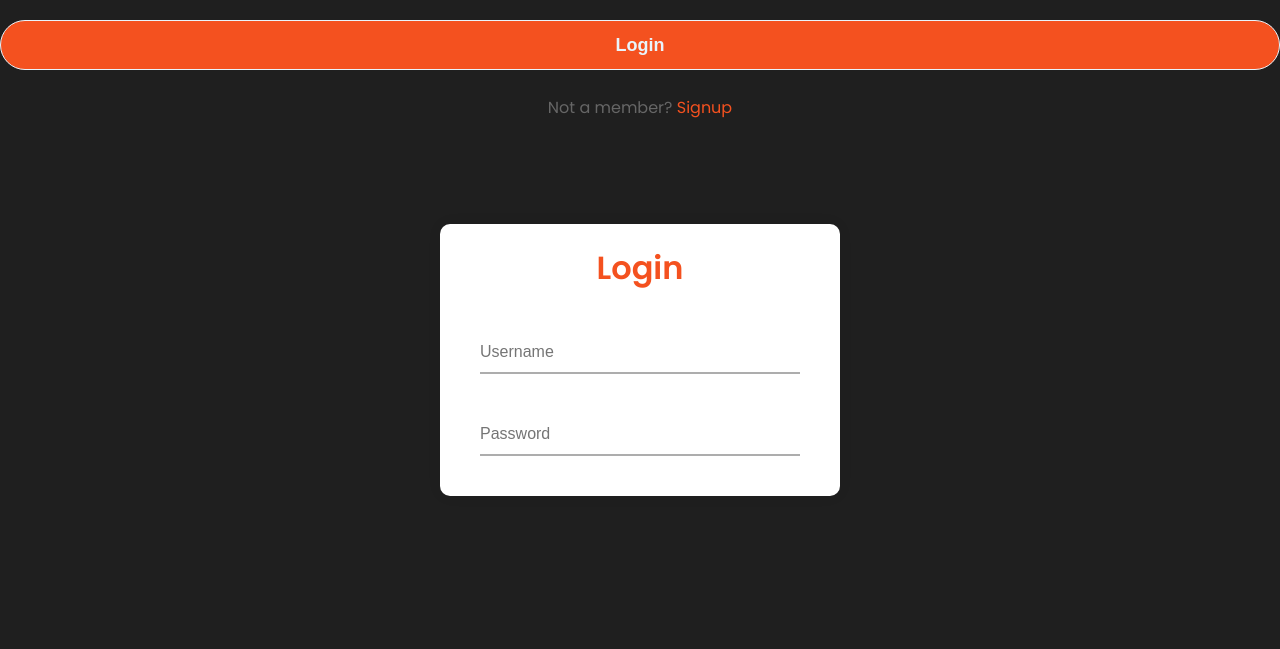
Repository: long5122000/Shopc
Page: login.html
The author's editor kept a copy of each file at every save. The page is drawn from the files as they stood at one save, then again after the next save.
The browser window is 1280 px wide. The pictures show the whole page.
The style sheet was rebuilt from its Sass, Less or Tailwind sources for each picture, by a compiler version that may differ from the author's.

Above is the page before, as saved 2021-11-30 20:53:30.

### login.html
<!DOCTYPE html>
<html lang="en">
  <head>
    <meta charset="UTF-8" />
    <meta http-equiv="X-UA-Compatible" content="IE=edge" />
    <meta name="viewport" content="width=device-width, initial-scale=1.0" />
    <title>Document</title>
    <link rel="stylesheet" href="./css/app.css" />
  </head>
  <body>
    <div class="container">
      <h1>Login</h1>
      <form>
        <div class="form-control">
          <input type="text" id="username" placeholder="Username" />
          <span></span>
          <small></small>
        </div>

        <div class="form-control">
          <input type="password" id="password" placeholder="Password" />
          <span></span>
          <small></small>
        </div>

          <span></span>
          <small></small>
        </div>
        <input type="submit" value="Login" />
        <div class="signup_link">Not a member? <a href="#">Signup</a></div>
      </form>
    </div>
  </body>
</html>

### sass/app.scss
@import "variables";
@import "reset";
@import "mixin";
@import "base";
@import "header";
@import "cart";
@import "search";
@import "info";
@import "home";
@import "category";
@import "about";
@import "hot";
@import "discount";
@import "new";
@import "newsletter";
@import "footer";
@import "modal";
@import "scroll";
@import "register";
@import "breakpoints";

### sass/_variables.scss
@import url("https://fonts.googleapis.com/css2?family=Poppins:wght@400;500;600;900&display=swap");
:root {
  --header-height: 3.5rem;
  /* Colors */
  --hue: 14;
  --first-color: hsl(var(--hue), 91%, 54%);
  --menu-color: hsl(31, 76%, 74%);
  --button-color: hsl(0, 0%, 24%);
  --button-color-alt: hsl(0, 0%, 28%);
  --title-color: hsl(0, 0%, 95%);
  --text-color: hsl(0, 0%, 75%);
  --body-color: hsl(0, 0%, 12%);
  --container-color: hsl(0, 0%, 16%);
  --border-color: hsl(0, 0%, 20%);
  --border-color: hsl(0, 0%, 94%);
  --dark1: #3e363f;
  --dark2: #212527;
  --light1: #fffce8;
  --light2: #edf7f6;
  --red: #df4747;
  --green: #47df5b;
  --transition250: all 250ms ease-in-out;
  --transition500: all 500ms ease-in-out;
  /* Font and typography */
  --body-font: "Poppins", sans-serif;
  --biggest-font-size: 2rem;
  --h1-font-size: 1.5rem;
  --h2-font-size: 1.25rem;
  --h3-font-size: 1rem;
  --normal-font-size: 0.938rem;
  --small-font-size: 0.813rem;
  /* font weight */
  --font-medium: 500;
  --font-semi-bold: 600;
  --font-black: 900;
  /* margenes bottom */
  --mb-0-25: 0.25rem;
  --mb-0-5: 0.5rem;
  --mb-0-75: 0.75rem;
  --mb-1: 1rem;
  --mb-1-5: 1.5rem;
  --mb-2: 2rem;
  --mb-2-5: 2.5rem;
  /* z-index */
  --z-tooltip: 10;
  --z-fixed: 100;

  @media screen and (min-width: 992px) {
    --biggest-font-size: 4rem;
    --h1-font-size: 2.25rem;
    --h2-font-size: 1.5rem;
    --h3-font-size: 1.25rem;
    --normal-font-size: 1rem;
    --small-font-size: 0.875rem;
    --smaller-font-size: 0.813rem;
  }
}

/*=============== GOOGLE FONTS ===============*/

### sass/_reset.scss
html {
  box-sizing: border-box;
}
* {
  margin: 0;
  padding: 0;
}
*,
*:before,
*:after {
  box-sizing: border-box;
}
input,
textarea,
select,
button {
  outline: none;
  border: none;
}
input {
  line-height: normal;
}
label,
button {
  cursor: pointer;
}
a {
  text-decoration: none;
}
img {
  display: block;
  max-width: 100%;
}

### sass/_mixin.scss
@mixin flex(
  $align: flex-start,
  $justify: flex-start,
  $wrap: nowrap,
  $dir: row
) {
  display: flex;
  justify-content: $justify;
  align-items: $align;
  flex-wrap: $wrap;
  flex-direction: $dir;
}
@mixin maxw($breakpoint) {
  @media screen and (max-width: $breakpoint) {
    @content;
  }
}
@mixin minw($breakpoint) {
  @media screen and (min-width: $breakpoint) {
    @content;
  }
}
@mixin center {
  display: flex;
  justify-content: center;
  align-items: center;
}

### sass/_base.scss
* {
  box-sizing: border-box;
  padding: 0;
  margin: 0;
}
html {
  scroll-behavior: smooth;
}
body {
  margin: var(--header-height) 0 0 0;
  font-family: var(--body-font);
  font-size: var(--normal-font-size);
  background: var(--body-color);
  color: var(--text-color);
}
h1,
h2,
h3,
h4 {
  color: var(--title-color);
  font-weight: var(--font-semi-bold);
}
ul {
  list-style: none;
}
.section {
  padding: 4.5rem 0 2rem;
}
.section__title {
  font-size: var(--h2-font-size);
  margin-bottom: var(--mb2);
  text-align: center;
}
.container {
  max-width: 1240px;
  margin-left: var(--mb-1-5);
  margin-right: var(--mb-1-5);
}
.grid {
  display: grid;
}
.main {
  overflow: hidden;
}
::-webkit-scrollbar {
  width: 0.6rem;
  background: #413e3e;
}
::-webkit-scrollbar-thumb {
  background: #272525;
  border-radius: 0.5rem;
}
.button {
  display: inline-block;
  background-color: var(--first-color);
  color: var(--title-color);
  padding: 1rem 1.75rem;
  border-radius: 0.5rem;
  font-weight: var(--font-medium);
  transition: 0.3s;
  &:hover {
    background-color: var(--first-color-alt);
  }
  &--ghost {
    border: 2px solid;
    background-color: transparent;
    border-radius: 3rem;
    padding: 0.75rem 1.5rem;
    &:hover {
      background: none;
    }
  }
  &__icon {
    font-size: 1.25rem;
  }
  &--link {
    color: var(--title-color);
  }
  &--flex {
    display: inline-flex;
    align-items: center;
    column-gap: 0.5rem;
  }
}

### sass/_header.scss
.header {
  width: 100%;
  background: var(--body-color);
  position: fixed;
  top: 0;
  left: 0;
  z-index: var(--z-fixed);
}
.nav {
  height: var(--header-height);
  @include flex(center, space-between);
  &__logo {
    @include flex(center);
    column-gap: 0.5rem;
    font-weight: var(--font-medium);
    &-img {
      width: 1.25rem;
    }
  }
  &__link,
  &__logo,
  &__toggle,
  &__close {
    color: var(--title-color);
  }
  &__toggle {
    font-size: 1.25rem;
    cursor: pointer;
  }
  @include maxw(767px) {
    &__menu {
      position: fixed;
      width: 100%;
      background: var(--container-color);
      top: -150%;
      left: 0;
      padding: 3.5rem 0;
      transition: 0.4s;
      z-index: var(--z-fixed);
      border-radius: 0 0 1.5rem 1.5rem;
    }
  }
  &__img {
    width: 100px;
    position: absolute;
    top: 0;
    left: 0;
  }
  &__close {
    font-size: 1.8rem;
    position: absolute;
    top: 0.5rem;
    right: 0.7rem;
    cursor: pointer;
  }
  &__list {
    @include flex(center, flex-start, nowrap, column);
    row-gap: 1.5rem;
  }
  &__link {
    text-transform: uppercase;
    font-weight: var(--font-black);
    transition: 0.4;
    &:hover {
      color: var(--text-color);
    }
  }
  &__btns {
    display: flex;
    font-size: var(--h2-font-size);
    gap: 0 20px;
  }
  &__shop {
    font-size: 1.25rem;
    cursor: pointer;
  }
}

.show-menu {
  top: 0;
}

.active {
  &-link {
    position: relative;
    &::before {
      content: "";
      position: absolute;
      bottom: -0.75rem;
      left: 45%;
      width: 5px;
      height: 5px;
      background-color: var(--title-color);
      border-radius: 50%;
    }
  }
}

### sass/_cart.scss
/*=============== CART ===============*/
.cart {
  position: fixed;
  background-color: rgb(59, 59, 59);
  z-index: var(--z-fixed);
  width: 100%;
  height: 100%;
  top: 0;
  right: -100%;
  padding: 3.5rem 2rem;
  transition: 0.4s;
  overflow-y: scroll;

  &__title-center {
    font-size: var(--h2-font-size);
    text-align: center;
    margin-bottom: var(--mb-3);
  }

  &__close {
    font-size: 2rem;
    color: var(--title-color);
    position: absolute;
    top: 1.25rem;
    right: 0.9rem;
    cursor: pointer;
  }

  &__container {
    display: grid;
    row-gap: 1.5rem;
  }

  &__card {
    display: flex;
    align-items: center;
    column-gap: 1rem;
  }
  &__box {
    background-color: var(--container-color);
    padding: 0.75rem 1.25rem;
    border: 1px solid #5c5c5c;
  }
  &__img {
    width: 50px;
  }
  &__title {
    font-size: var(--normal-font-size);
    margin-bottom: 0.5rem;
  }
  &__price {
    display: block;
    font-size: var(--small-font-size);
    color: var(--menu-color);
    margin-bottom: var(--mb-1-5);
  }
  &__amount,
  &__amount-content {
    display: flex;
    align-items: center;
  }
  &__amount {
    column-gap: 3rem;

    &-content {
      column-gap: 1rem;
    }
    &-box {
      display: inline-flex;
      padding: 0.25rem;
      background-color: var(--container-color);
      border: 1px solid var(--border-color);
      cursor: pointer;
    }
    &-trash {
      font-size: 1.15rem;
      color: var(--menu-color);
      cursor: pointer;
    }
  }
  &__prices {
    margin-top: 6rem;
    display: flex;
    justify-content: space-between;

    &-item,
    &-total {
      color: var(--title-color);
    }
    &-item {
      font-size: var(--small-font-size);
    }
    &-total {
      font-size: var(--h3-font-size);
      font-weight: var(--font-medium);
    }
  }
  &::-webkit-scrollbar {
    display: none;
  }
}

/* Show cart */
.show-cart {
  right: 0;
}

### sass/_search.scss
.search-box {
  width: 1px;
  height: 30px;
  background-color: rgb(88, 88, 88);
  position: relative;

  transition: all 0.5s ease;
  border-radius: 15px;
}

.search-box.open {
  width: 220px;
}

.search-input {
  width: 100%;
  height: 100%;
  border: none;
  box-shadow: none;
  background: transparent;
  color: #fff;
  padding: 20px 20px;
  font-size: 20px;
}

.search-btn {
  color: rgba(191, 191, 191);
  outline: none;
  border: none;

  position: absolute;
  right: -0;
  top: 0;
  cursor: pointer;
  font-size: 25px;
  background-color: transparent;
}

### sass/_info.scss
.info {
  position: fixed;
  background-color: rgb(59, 59, 59);
  z-index: var(--z-fixed);
  width: 100%;
  height: 100%;
  top: 0;
  right: -100%;
  padding: 5.5rem 1rem;
  transition: 0.4s;
  overflow-y: scroll;
  &__close {
    font-size: 2rem;
    color: var(--title-color);
    position: absolute;
    top: 1.25rem;
    right: 0.9rem;
    cursor: pointer;
  }
}
.show-info {
  right: 0;
}

### sass/_home.scss
.home {
  &__content {
    row-gap: 1rem;
  }
  &__group {
    display: grid;
    position: relative;
    padding-top: 2rem;
  }
  &__image {
    height: 250px;
    justify-self: center;
  }
  &__indicator {
    width: 8px;
    height: 8px;
    background-color: var(--title-color);
    border-radius: 50%;
    position: absolute;
    top: 7rem;
    right: 2rem;
    &::after {
      content: "";
      position: absolute;
      width: 1px;
      height: 48px;
      background-color: var(--title-color);
      top: -3rem;
      right: 45%;
    }
  }
  &__details {
    &-img {
      position: absolute;
      right: 0.5rem;
    }
    &-title,
    &-subtitle {
      display: block;
      font-size: var(--small-font-size);
      text-align: right;
    }
  }
  &__subtitle {
    font-size: var(--h3-font-size);
    text-transform: uppercase;
    margin-bottom: var(--mb-1);
  }
  &__title {
    font-size: var(--biggest-font-size);
    font-weight: var(--font-black);
    line-height: 109%;
    margin-bottom: var(--mb-1);
  }
  &__description {
    margin-bottom: var(--mb-1);
  }
  &__buttons {
    @include flex(center, space-between);
  }
}

.swiper {
  &-pagination {
    position: initial;
    margin-top: var(--mb-1);
    &-bullet {
      width: 5px;
      height: 5px;
      background-color: var(--title-color);
      opacity: 1;
    }
  }
}
.swiper-pagination-horizontal.swiper-pagination-bullets .swiper-pagination-bullet {
  margin: 0 0.5rem;
}
.swiper-pagination-bullet-active {
  width: 1.5rem;
  height: 5px;
  border-radius: 0.5rem;
}

### sass/_category.scss
.category {
  &__container {
    grid-template-columns: repeat(2, 1fr);
    gap: 1rem 2rem;
  }
  &__data {
    text-align: center;
  }
  &__image {
    width: 120px;
    margin: 0 auto;
    transition: 0.3s;
  }
  &__title {
    margin-bottom: var(--mb-0-25);
  }
  &__data:hover {
    .category {
      &__image {
        transform: translateY(-0.5rem);
      }
    }
  }
}
.scroll {
  &-header {
    background: var(--container-color);
  }
}

### sass/_about.scss
.about {
  &__container {
    row-gap: 2rem;
  }
  &__data {
    text-align: center;
  }
  &__description {
    margin-bottom: var(--mb-2);
  }
  &__image {
    width: 200px;
    justify-self: center;
  }
}

### sass/_hot.scss
.hot {
  &__container {
    grid-template-columns: repeat(2, 1fr);
    gap: 1.5rem;
    padding: 1rem;
  }
  &__content {
    position: relative;
    background: var(--container-color);
    border-radius: 1rem;
    padding: 1.5rem 0 1rem 0;
    text-align: center;
    overflow: hidden;

    &:hover .hot__image {
      transform: translateY(-0.5rem);
    }
    &:hover .hot__button {
      right: 0;
    }
  }
  &__image {
    width: 90px;
    transition: 0.3s;
    margin: 0 auto;
  }
  &__subtitle,
  &__price {
    display: block;
  }
  &__subtitle {
    font-size: var(--smaller-font-size);
    margin-bottom: var(--mb-0-5);
  }
  &__title,
  &__price {
    color: var(--title-color);
    font-weight: var(--font-medium);
    font-size: var(--normal-font-size);
  }
  &__button {
    display: flex;
    flex-direction: column;
    gap: 5px 0;
    padding: 0.5rem;
    border-radius: 0.25rem 0.25rem 0.75rem 0.25rem;
    position: absolute;
    right: -3rem;
    bottom: 0;
  }
  &__icon {
    font-size: 1.25rem;
    color: var(--title-color);
    &--bt {
      border-bottom: 1px solid gray;
      padding-bottom: 4px;
    }
    &:hover {
      color: var(--first-color);
    }
  }
}

### sass/_discount.scss
.discount {
  &__container {
    background: var(--container-color);
    border-radius: 1rem;
    padding: 2.5rem 0 1.5rem;
    row-gap: 0.75rem;
  }
  &__data {
    text-align: center;
  }
  &__title {
    font-size: var(--h2-font-size);
    margin-bottom: var(--mb-2);
  }
  &__image {
    width: 200px;
    justify-self: center;
  }
}

### sass/_new.scss
.new {
  &__container {
    padding-top: 1rem;
  }
  &__image {
    width: 120px;
    height: 120px;
    transition: 0.3s;
    margin: 0 auto;
    margin-bottom: var(--mb-0-5);
  }
  &__content {
    position: relative;
    background: var(--container-color);
    width: 242px;
    padding: 2rem 0 1.5rem 0;
    border-radius: 0.75rem;
    text-align: center;
    overflow: hidden;

    &:hover .new__image {
      transform: translateY(-0.5rem);
    }
    &:hover .new__button {
      right: 0;
    }
  }
  &__tag {
    position: absolute;
    top: 8%;
    left: 8%;
    background-color: var(--first-color);
    color: var(--title-color);
    font-size: var(--small-font-size);
    padding: 0.25rem 0.5rem;
    border-radius: 0.25rem;
  }
  &__title {
    font-size: var(--normal-font-size);
    font-weight: var(--font-medium);
  }
  &__subtitle {
    display: block;
    font-size: (--small-font-size);
    margin-bottom: var(--mb-0-5);
  }
  &__prices {
    display: inline-flex;
    align-items: center;
    column-gap: 0.5rem;
  }
  &__price {
    font-weight: var(--font-medium);
    color: var(--title-color);
  }
  &__discount {
    color: var(--first-color);
    font-size: var(--small-font-size);
    text-decoration: line-through;
    font-weight: var(--font-medium);
  }
  &__button {
    display: flex;
    flex-direction: column;
    gap: 5px 0;
    padding: 0.5rem;
    border-radius: 0.25rem 0.25rem 0.75rem 0.25rem;
    position: absolute;
    bottom: 0;
    right: -3rem;
  }

  &__icon {
    font-size: 1.25rem;
    color: var(--title-color);
    &--bt {
      border-bottom: 1px solid gray;
      padding-bottom: 4px;
    }
    &:hover {
      color: var(--first-color);
    }
  }
}

### sass/_newsletter.scss
.newsletter {
  &__description {
    text-align: center;
    margin-bottom: var(--mb-1-5);
  }
  &__form {
    background: var(--container-color);
    padding: 1rem;
    @include flex(center, space-between);
    // display: flex;
    // justify-content: space-between;
    border-radius: 0.75rem;
  }
  &__input {
    width: 70%;
    padding: 0 0.5rem;
    background: none;
    color: var(--title-color);
    &::placeholder {
      color: var(--text-color);
    }
  }
}

### sass/_footer.scss
.footer {
  position: relative;
  overflow: hidden;
  &__image {
    &-one,
    &-two {
      position: absolute;
      transition: 0.3s;
      &:hover {
        transform: translateY(-0.5rem);
      }
    }
    &-one {
      width: 100px;
      top: 6rem;
      right: -2rem;
    }
    &-two {
      width: 150px;
      bottom: 4rem;
      right: 4rem;
    }
  }
  &__container {
    row-gap: 2rem;
  }
  &__logo {
    @include flex(center);
    column-gap: 0.5rem;
    margin-bottom: var(--mb-1);
    font-weight: var(--font-medium);
    color: var(--title-color);
    &-image {
      width: 20px;
    }
  }
  &__description {
    margin-bottom: var(--mb-2-5);
  }
  &__social {
    display: flex;
    column-gap: 0.75rem;
    &-link {
      display: inline-flex;
      background: var(--container-color);
      padding: 0.25rem;
      border-radius: 0.25rem;
      color: var(--title-color);
      font-size: 1rem;
      &:hover {
        background: var(--body-color);
      }
    }
  }
  &__title {
    font-size: var(--h3-font-size);
    margin-bottom: var(--mb-1);
  }
  &__links {
    display: grid;
    row-gap: 0.35rem;
  }
  &__link {
    font-size: var(--small-font-size);
    color: var(--text-color);
    transition: 0.3s;
    &:hover {
      color: var(--title-color);
    }
  }
  &__copy {
    display: block;
    text-align: center;
    font-size: var(--smaller-font-size);
    margin-top: 4.5rem;
  }
}

### sass/_modal.scss
.modal {
  position: fixed;
  top: 0;
  height: 100%;
  width: 100%;
  background: var(--container-color);
  transition: var(--transition250);
  opacity: 0;
  visibility: hidden;
  z-index: 100;
  border-radius: 8px;
  &__main {
    display: grid;
    grid-template-columns: 1fr;
    padding: 0 10px;
  }
  &__image {
    height: 100%;
    width: 100%;
    margin-top: var(--mb-2-5);
  }
  &__title {
    font-size: var(--h1-font-size);
    text-align: center;
    margin-top: var(--mb-2);
    margin-bottom: var(--mb-1-5);
  }
  &__desc {
    margin-bottom: var(--mb-1-5);
  }
  &__price {
    font-size: var(--h2-font-size);
    color: var(--first-color);
    margin-bottom: var(--mb-1-5);
  }
  &__button {
    text-align: center;
  }
  &__close {
    position: absolute;
    right: 5px;
    top: 5px;
    font-size: 2.5rem;
  }
}
.show-modal {
  opacity: 1;
  visibility: unset;
}

### sass/_scroll.scss
.scrollup {
  position: fixed;
  background: var(--first-color);
  right: 1rem;
  bottom: -20%;
  display: inline-flex;
  padding: 0.3rem;
  border-radius: 0.25rem;
  z-index: var(--z-tooltip);
  opacity: 0.8;
  transition: 0.4s;
  &:hover {
    background: var(--container-color);
    opacity: 1;
  }
  &__icon {
    font-size: 1.2rem;
    color: var(--title-color);
  }
}
.show-scroll {
  bottom: 3rem;
}

### sass/_register.scss
.container {
  position: absolute;
  top: 50%;
  left: 50%;
  transform: translate(-50%, -50%);
  width: 400px;
  background: white;
  border-radius: 10px;
  box-shadow: 0px 0px 15px rgba(0, 0, 0, 0.05);
}

.container h1 {
  text-align: center;
  padding-top: 20px;
  color: var(--first-color);
}

.container form {
  padding: 0 40px;
}

form .form-control {
  position: relative;
  border-bottom: 2px solid #adadad;
  margin: 40px 0;
}

.form-control.success {
  border-bottom-color: var(--first-color);
}

.form-control.error {
  border-bottom-color: #e74c3c;
}

.form-control input {
  width: 100%;
  height: 40px;
  font-size: 16px;
  border: none;
  background: none;
  outline: none;
}

small {
  position: absolute;
  left: 0;
  top: 100%;
  margin-top: 3px;
  color: #e74c3c;
}

.form-control span::before {
  content: "";
  position: absolute;
  top: 40px;
  left: 0;
  width: 0%;
  height: 2px;
  background: var(--first-color);
  transition: 0.3s;
}

.form-control input:focus ~ span::before {
  width: 100%;
}

input[type="submit"] {
  margin-top: 20px;
  width: 100%;
  height: 50px;
  border: 1px solid;
  background: var(--first-color);
  border-radius: 25px;
  font-size: 18px;
  color: #e9f4fb;
  font-weight: 700;
  cursor: pointer;
  outline: none;
  transition: 0.5s;
}

input[type="submit"]:hover {
  background-color: #fc7b6d;
}

.signup_link {
  margin: 25px 0;
  text-align: center;
  font-size: 16px;
  color: #666666;
}

.signup_link a {
  color: var(--first-color);
  text-decoration: none;
}

.signup_link a:hover {
  text-decoration: underline;
}

Loaded but not shown: sass/_breakpoints.scss (355 lines, source omitted)

After the next save:
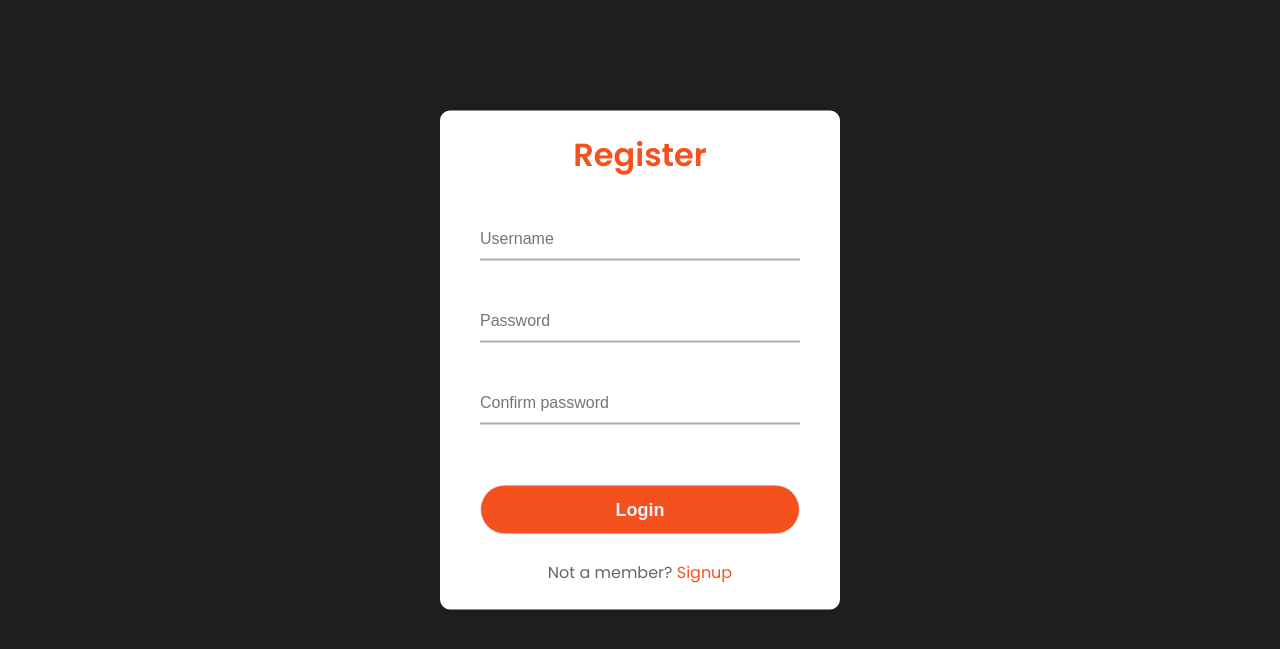
Saved 10 s later.
--- a/login.html
+++ b/login.html
@@ -9,7 +9,7 @@
   </head>
   <body>
     <div class="container">
-      <h1>Login</h1>
+      <h1>Register</h1>
       <form>
         <div class="form-control">
           <input type="text" id="username" placeholder="Username" />
@@ -22,7 +22,12 @@
           <span></span>
           <small></small>
         </div>
-
+        <div class="form-control">
+          <input
+            type="password"
+            id="password2"
+            placeholder="Confirm password"
+          />
           <span></span>
           <small></small>
         </div>
